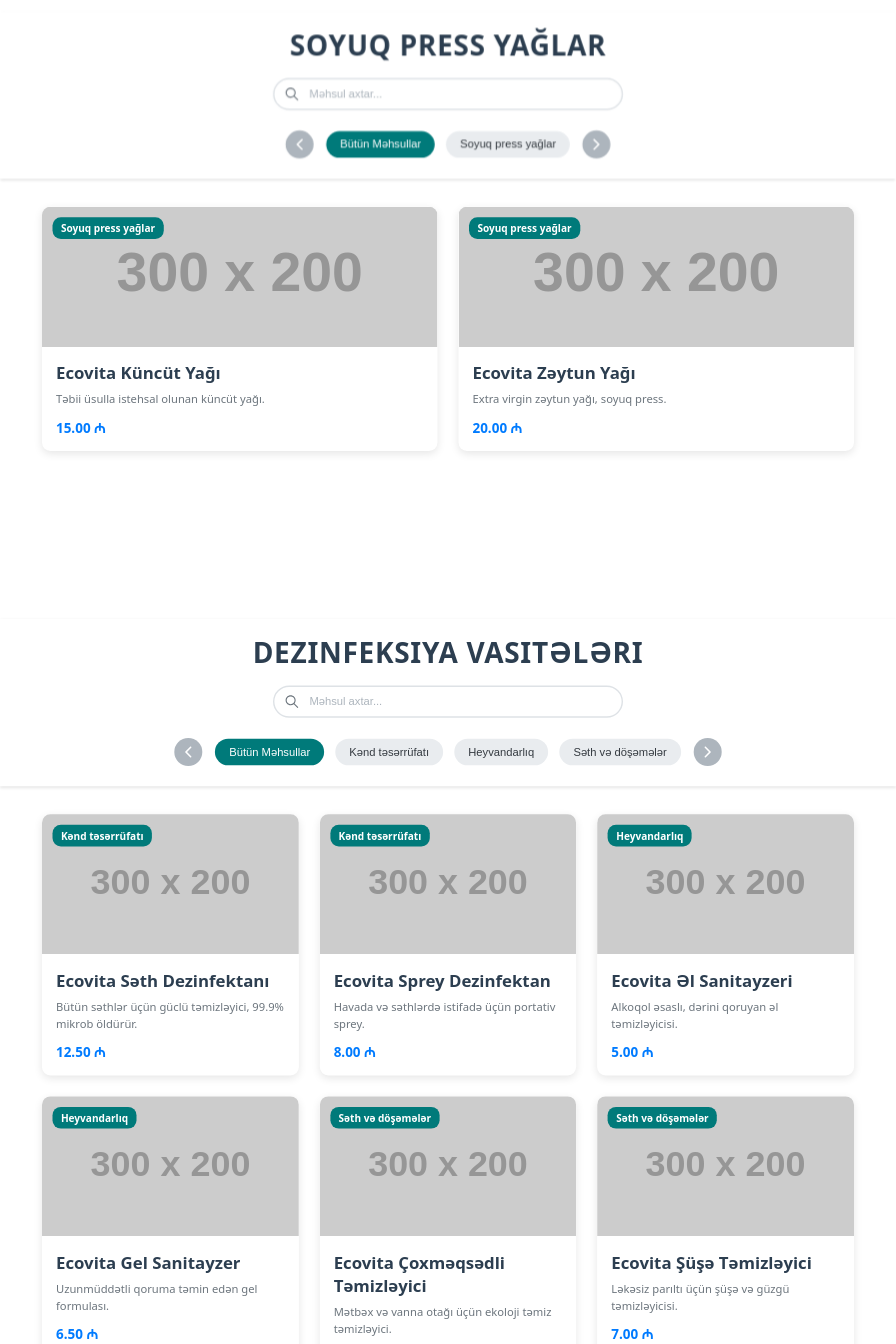
Repository: ferhadsultan98/ecovita
Page: /
These files come from the project's save history. The page is drawn as it stood at one moment and after the next save; the edit follows.
The browser window is 1280 px wide. The pictures show the part of the page from y = 1696 to 3616 px (the page is 4209 px tall), at 70% of full size.
The project was rebuilt for these pictures with package versions that can differ from the ones it lists, and the page was loaded fresh each time. Also part of the build but not shown: vite.config.js.

Above is the page before, as saved 2025-05-06 11:51:12.

### index.html
<!doctype html>
<html lang="en">
  <head>
    <meta charset="UTF-8" />
    <meta name="viewport" content="width=device-width, initial-scale=1.0" />
    <link rel="shortcut icon" href="./public/assets/Fotolar/Ecovita-12.png" type="image/x-icon">
    <title>Ecovita - Təbiətdən gələn sağlamlıq</title>
  </head>
  <body>
    <div id="root"></div>
    <script type="module" src="/src/main.jsx"></script>
  </body>
</html>

### src/App.jsx
import React from "react";
import "./App.scss";
import MainLayout from "./Components/Common/MainLayout";
import Home from "./Pages/Home/Home";
import MenuSection from "./Pages/MenuSection/MenuSection";

function App() {
  return (
    <div className="app-container">
      <MainLayout>
        <Home />
        <MenuSection />
      </MainLayout>
    </div>
  );
}

export default App;

### src/App.scss
* {
  margin: 0;
  padding: 0;
  box-sizing: border-box;
}

body {
  font-family: system-ui, -apple-system, BlinkMacSystemFont, "Segoe UI", Roboto,
    Oxygen, Ubuntu, Cantarell, "Open Sans", "Helvetica Neue", sans-serif;
}

### src/Components/Common/MainLayout.jsx
import React from 'react';
import Header from './Header/Header';
import Footer from './Footer/Footer';

const MainLayout = ({ children }) => {
  return (
    <>
      <Header />
      {children}
      <Footer />
    </>
  );
};

export default MainLayout;

### src/Components/Common/Header/Header.jsx
import { useState, useEffect, useRef } from "react";
import "./Header.scss";
import { motion, AnimatePresence } from "framer-motion";
import { FaSyringe, FaChevronDown } from "react-icons/fa";
import EcovitaLogo from '../../../../public/assets/Fotolar/logo.png';

const Header = () => {
  const [scrolled, setScrolled] = useState(false);
  const [isDropdownOpen, setIsDropdownOpen] = useState(false);
  const dropdownRef = useRef(null);

  useEffect(() => {
    const handleScroll = () => {
      setScrolled(window.scrollY > 20);
    };

    window.addEventListener("scroll", handleScroll);
    return () => window.removeEventListener("scroll", handleScroll);
  }, []);

  useEffect(() => {
    const handleClickOutside = (event) => {
      if (dropdownRef.current && !dropdownRef.current.contains(event.target)) {
        setIsDropdownOpen(false);
      }
    };

    document.addEventListener("mousedown", handleClickOutside);
    return () => document.removeEventListener("mousedown", handleClickOutside);
  }, []);

  const scrollToTop = () => {
    window.scrollTo({ top: 0, behavior: "smooth" });
  };

  const scrollToSection = (sectionId) => {
    const section = document.getElementById(sectionId);
    if (section) {
      section.scrollIntoView({ behavior: "smooth", block: "start" });
      setIsDropdownOpen(false);
    }
  };

  const dropdownVariants = {
    hidden: { opacity: 0, y: -10, scale: 0.95 },
    visible: { opacity: 1, y: 0, scale: 1 },
    exit: { opacity: 0, y: -10, scale: 0.95 }
  };

  return (
    <header className={`header ${scrolled ? "scrolled" : ""}`}>
      <div className="header-container">
        <a onClick={scrollToTop} className="logo">
          <img src={EcovitaLogo} alt="Ecovita_logo" />
        </a>
        <div className="products-dropdown" ref={dropdownRef}>
          <button
            className="products-button"
            onMouseEnter={() => setIsDropdownOpen(true)}
            onClick={() => setIsDropdownOpen(!isDropdownOpen)}
          >
            Məhsullar
            <span className="products-icon">
              <FaSyringe />
            </span>
            <FaChevronDown className={`chevron-icon ${isDropdownOpen ? "open" : ""}`} />
          </button>
          <AnimatePresence>
            {isDropdownOpen && (
              <motion.ul
                className="dropdown-menu"
                variants={dropdownVariants}
                initial="hidden"
                animate="visible"
                exit="exit"
                transition={{ duration: 0.2, ease: "easeInOut" }}
                onMouseLeave={() => setIsDropdownOpen(false)}
              >
                <li onClick={() => scrollToSection("cold-pressed-oils")}>
                  Soyuq press yağlar
                </li>
                <li onClick={() => scrollToSection("disinfectants")}>
                  Dezinfeksiya vasitələri
                </li>
              </motion.ul>
            )}
          </AnimatePresence>
        </div>
      </div>
    </header>
  );
};

export default Header;

### src/Components/Common/Footer/Footer.jsx
import React, { useState, useEffect } from "react";
import "./Footer.scss";
import { IoIosArrowUp } from "react-icons/io";
import { GrFacebookOption } from "react-icons/gr";
import {
  FaInstagram,
  FaTwitter,
  FaMapMarkerAlt,
  FaPhoneAlt,
  FaEnvelope,
  FaClock,
} from "react-icons/fa";
import footerLogo from "../../../../public/assets/Fotolar/logo.png";

const Footer = () => {
  const [showScrollTop, setShowScrollTop] = useState(false);
  const currentYear = new Date().getFullYear();

  useEffect(() => {
    const handleScroll = () => {
      setShowScrollTop(window.scrollY > 300);
    };

    window.addEventListener("scroll", handleScroll);
    return () => window.removeEventListener("scroll", handleScroll);
  }, []);

  const scrollToTop = () => {
    window.scrollTo({ top: 0, behavior: "smooth" });
  };

  return (
    <footer className="footer">
      <div className="footerContent">
        <div className="container">
          <div className="footerMain">
            <div className="footerInfo">
              <img src={footerLogo} alt="footerLogo" className="footerLogo" />
              <p className="footerDescription">
                “Ecovita” Məhdud Məsuliyyətli Cəmiyyəti 2022-ci ildə təsis
                edilmişdir. Şirkətin istehsal etdiyi məhsullar müasir
                avadanlıqlardan istifadə olunmaqla yalnız Azərbaycan
                Respublikasının ərazisində yabanı halda yetişən müalicəvi
                xüsusiyyətlərə malik bitkilərdən əldə olunur.
              </p>
              <div className="footerContactItems">
                <div className="contactItem">
                  <FaMapMarkerAlt />
                  <span>
                    Azərbaycan Respublikası, AZ1052, Bakı şəhəri, N.Nərimanov
                    rayonu, Əliyar Əliyev 52A
                  </span>
                </div>
                <div className="contactItem">
                  <FaPhoneAlt />
                  <span>+994(99) 345 12 34</span>
                </div>
                <div className="contactItem">
                  <FaEnvelope />
                  <span>info@ecoway.az</span>
                </div>
                <div className="contactItem">
                  <FaClock />
                  <span>09:00-18:00</span>
                </div>
              </div>
            </div>

            <div className="footerConnect">
              <h4>Connect With Us</h4>
              <div className="socialIcons">
                <a
                  href="https://www.facebook.com/puresafesolutions"
                  aria-label="Facebook"
                  className="socialIcon"
                  target="_blank"
                  rel="noopener noreferrer"
                >
                  <GrFacebookOption />
                </a>
                <a
                  href="https://www.instagram.com/puresafesolutions"
                  aria-label="Instagram"
                  className="socialIcon"
                  target="_blank"
                  rel="noopener noreferrer"
                >
                  <FaInstagram />
                </a>
                <a
                  href="https://www.twitter.com/puresafesolutions"
                  aria-label="Twitter"
                  className="socialIcon"
                  target="_blank"
                  rel="noopener noreferrer"
                >
                  <FaTwitter />
                </a>
              </div>
              <div className="footerActions">
                <a
                  href="https://www.google.com/maps"
                  className="footerBtn mapBtn"
                  target="_blank"
                  rel="noopener noreferrer"
                >
                  View Map
                </a>
              </div>
            </div>
          </div>

          <div className="footerDivider"></div>

          <div className="footerBottom">
            <p className="copyright">
              © {currentYear}{" "}
              <a
                href="https://pmsystems.az/"
                target="_blank"
                rel="noopener noreferrer"
              >
                <span>Created by PM Systems</span>.
              </a>{" "}
              All Rights Reserved
            </p>
          </div>
        </div>
      </div>

      <div
        className={`scrollTop ${showScrollTop ? "visible pulse" : ""}`}
        onClick={scrollToTop}
        aria-label="Scroll to top"
      >
        <IoIosArrowUp />
      </div>
    </footer>
  );
};

export default Footer;

### src/Pages/MenuSection/MenuSection.scss
/* MenuSection Styling with Nested SCSS */
.menu-section {
  width: 100%;
  padding: 80px 0 40px;

  position: relative;
  z-index: 10;
  margin-top: 80px; /* Space for fixed header */

  .menu-navbar-wrapper {
    position: sticky;
    top: 80px; /* Below header */
    background: rgba(255, 255, 255, 0.95);
    box-shadow: 0 2px 4px rgba(0, 0, 0, 0.1);
    backdrop-filter: blur(10px);
    z-index: 100;
    transition: all 0.3s ease;

    &.sticky {
      box-shadow: 0 4px 8px rgba(0, 0, 0, 0.15);
    }

    .container {
      max-width: 1200px;
      margin: 0 auto;
      padding: 0 20px;

      .error-message {
        color: #dc3545;
        text-align: center;
        padding: 10px;
        background: #ffe5e5;
        border-radius: 8px;
        margin-bottom: 20px;
      }

      .menu-navbar-content {
        padding: 20px 0;

        .section-title {
          font-size: 2.5rem;
          font-weight: 700;
          color: #2c3e50;
          margin: 0 0 20px;
          text-align: center;
          text-transform: uppercase;
          letter-spacing: 1px;
        }

        .menu-search {
          display: flex;
          justify-content: center;
          margin-bottom: 20px;

          .search-input-wrapper {
            position: relative;
            width: 100%;
            max-width: 500px;

            .search-icon {
              position: absolute;
              top: 50%;
              left: 15px;
              transform: translateY(-50%);
              color: #6c757d;
              font-size: 1.5rem;
            }

            .search-input {
              width: 100%;
              padding: 12px 20px 12px 50px;
              border: 2px solid #dee2e6;
              border-radius: 25px;
              font-size: 1rem;
              color: #343a40;
              transition: all 0.3s ease;

              &:focus {
                outline: none;
                border-color: #007bff;
                box-shadow: 0 0 8px rgba(0, 123, 255, 0.3);
              }

              &::placeholder {
                color: #adb5bd;
              }
            }

            .clear-search-button {
              position: absolute;
              top: 50%;
              right: 15px;
              transform: translateY(-50%);
              background: #dc3545;
              color: white;
              border: none;
              border-radius: 50%;
              width: 24px;
              height: 24px;
              display: flex;
              align-items: center;
              justify-content: center;
              cursor: pointer;
              font-size: 1rem;
              transition: all 0.3s ease;

              &:hover {
                background: #c82333;
              }
            }
          }
        }

        .menu-filter {
          display: flex;
          justify-content: center;
          align-items: center;

          .menu-filter-container {
            display: flex;
            align-items: center;
            width: 100%;
            max-width: 1000px;
            position: relative;
            justify-content: center;

            .scroll-button {
              background: #007a7a;
              color: white;
              border: none;
              border-radius: 50%;
              width: 40px;
              height: 40px;
              display: flex;
              align-items: center;
              justify-content: center;
              cursor: pointer;
              transition: all 0.3s ease;
              margin: 0 10px;

              &:hover {
                background: #0056b3;
              }

              &.scroll-button-disabled {
                background: #adb5bd;
                cursor: not-allowed;
              }
            }

            .menu-filter-list {
              display: flex;
              overflow-x: auto;
              scroll-behavior: smooth;
              padding: 10px 0;
              scrollbar-width: none;

              &::-webkit-scrollbar {
                display: none;
              }

              .menu-filter-item {
                flex: 0 0 auto;
                margin: 0 8px;

                .menu-filter-button {
                  background: #e9ecef;
                  border: none;
                  border-radius: 20px;
                  padding: 10px 20px;
                  font-size: 1rem;
                  color: #343a40;
                  cursor: pointer;
                  transition: all 0.3s ease;
                  white-space: nowrap;

                  &:hover {
                    background: #dee2e6;
                  }

                  &.menu-filter-button-active {
                    background: #007a7a;
                    color: white;

                    &:hover {
                      background: #007a7ab4;
                    }
                  }
                }
              }
            }
          }
        }
      }
    }
  }

  .menu-content {
    max-width: 1200px;
    margin: 0 auto;
    padding: 40px 20px;

    .menu-grid {
      display: grid;
      grid-template-columns: repeat(auto-fit, minmax(280px, 1fr));
      gap: 30px;

      .menu-item {
        .menu-item-card {
          background: white;
          border-radius: 12px;
          overflow: hidden;
          box-shadow: 0 4px 12px rgba(0, 0, 0, 0.1);
          transition: all 0.3s ease;

          &:hover {
            transform: translateY(-5px);
            box-shadow: 0 8px 20px rgba(0, 0, 0, 0.15);
          }

          .menu-item-image {
            position: relative;
            width: 100%;
            height: 200px;

            img {
              width: 100%;
              height: 100%;
              object-fit: cover;
            }

            .menu-item-category-badge {
              position: absolute;
              top: 15px;
              left: 15px;
              background: #007a7a;
              color: white;
              padding: 6px 12px;
              border-radius: 12px;
              font-size: 0.9rem;
              font-weight: 600;
            }
          }

          .menu-item-content {
            padding: 20px;

            .menu-item-title {
              font-size: 1.5rem;
              font-weight: 600;
              color: #2c3e50;
              margin: 0 0 10px;
            }

            .menu-item-description {
              font-size: 1rem;
              color: #6c757d;
              margin: 0 0 15px;
              line-height: 1.5;
            }

            .menu-item-footer {
              display: flex;
              justify-content: space-between;
              align-items: center;

              .menu-item-price {
                font-size: 1.2rem;
                font-weight: 700;
                color: #007bff;
              }
            }
          }
        }
      }
    }

    .no-results-found {
      text-align: center;
      padding: 40px 20px;

      h3 {
        font-size: 1.8rem;
        color: #2c3e50;
        margin-bottom: 10px;
      }

      p {
        font-size: 1.1rem;
        color: #6c757d;
        margin-bottom: 20px;
      }

      .reset-filter-button {
        background: #dc3545;
        color: white;
        border: none;
        border-radius: 25px;
        padding: 12px 25px;
        font-size: 1rem;
        cursor: pointer;
        transition: all 0.3s ease;

        &:hover {
          background: #c82333;
        }
      }
    }

    .menu-load-more {
      text-align: center;
      margin-top: 40px;

      .load-more-button {
        background: #007bff;
        color: white;
        border: none;
        border-radius: 25px;
        padding: 12px 30px;
        font-size: 1.1rem;
        cursor: pointer;
        transition: all 0.3s ease;

        &:hover {
          background: #0056b3;
        }
      }
    }
  }

  /* Responsive Design */
  @media (max-width: 768px) {
    padding: 60px 0 20px;

    .menu-navbar-wrapper {
      top: 60px;

      .container {
        .menu-navbar-content {
          .section-title {
            font-size: 2rem;
          }

          .menu-search {
            .search-input-wrapper {
              .search-input {
                padding: 10px 15px 10px 40px;
                font-size: 0.9rem;
              }

              .search-icon {
                font-size: 1.2rem;
                left: 12px;
              }
            }
          }

          .menu-filter {
            .menu-filter-container {
              .scroll-button {
                width: 35px;
                height: 35px;
              }

              .menu-filter-list {
                .menu-filter-item {
                  .menu-filter-button {
                    padding: 8px 15px;
                    font-size: 0.9rem;
                  }
                }
              }
            }
          }
        }
      }
    }

    .menu-content {
      .menu-grid {
        grid-template-columns: repeat(auto-fit, minmax(250px, 1fr));
        gap: 20px;

        .menu-item {
          .menu-item-card {
            .menu-item-image {
              height: 180px;
            }

            .menu-item-content {
              .menu-item-title {
                font-size: 1.3rem;
              }

              .menu-item-description {
                font-size: 0.9rem;
              }
            }
          }
        }
      }
    }
  }

  @media (max-width: 480px) {
    padding: 40px 0 20px;

    .menu-navbar-wrapper {
      top: 50px;

      .container {
        .menu-navbar-content {
          .section-title {
            font-size: 1.8rem;
          }

          .menu-search {
            .search-input-wrapper {
              .search-input {
                padding: 8px 12px 8px 35px;
                font-size: 0.85rem;
              }

              .search-icon {
                font-size: 1.1rem;
                left: 10px;
              }
            }
          }

          .menu-filter {
            .menu-filter-container {
              .scroll-button {
                width: 30px;
                height: 30px;
              }

              .menu-filter-list {
                .menu-filter-item {
                  .menu-filter-button {
                    padding: 6px 12px;
                    font-size: 0.85rem;
                  }
                }
              }
            }
          }
        }
      }
    }

    .menu-content {
      .menu-grid {
        grid-template-columns: 1fr;
        gap: 15px;

        .menu-item {
          .menu-item-card {
            .menu-item-image {
              height: 160px;
            }

            .menu-item-content {
              .menu-item-title {
                font-size: 1.2rem;
              }

              .menu-item-description {
                font-size: 0.85rem;
              }
            }
          }
        }
      }
    }
  }
}

### src/Components/Common/Header/Header.scss
$primary-color: #008080; // Teal for health and cleanliness
$secondary-color: #ffffff;
$accent-color: #f5f6f5; // Light gray for clean aesthetic
$text-color: #333333;
$scroll-bg: #ffffff;

.header {
  position: fixed;
  top: 0;
  left: 0;
  width: 100%;
  background: transparent;
  transition: all 0.3s ease;
  z-index: 1000;
  padding: 1rem 0;

  &.scrolled {
    background: $scroll-bg;
    padding: 0.8rem 0;
  }

  .header-container {
    max-width: 1200px;
    margin: 0 auto;
    display: flex;
    align-items: center;

    justify-content: space-between;
    gap: 1rem;
  }

  .logo {
    display: flex;
    align-items: center;
    cursor: pointer;
    text-decoration: none;
    max-height: 80px;

    img {
      height: 100%;
    }
  }

  .products-dropdown {
    position: relative;

    .products-button {
      display: flex;
      align-items: center;
      gap: 0.5rem;
      background: $primary-color;
      color: $secondary-color;
      border: none;
      padding: 0.5rem 1rem;
      border-radius: 5px;
      font-size: 1rem;
      font-weight: 500;
      cursor: pointer;
      transition: background 0.3s ease;

      &:hover {
        background: darken($primary-color, 10%);
      }

      .products-icon {
        font-size: 1.2rem;
      }

      .chevron-icon {
        font-size: 0.8rem;
        transition: transform 0.2s ease;

        &.open {
          transform: rotate(180deg);
        }
      }
    }

    .dropdown-menu {
      position: absolute;
      top: 100%;
      right: 0;
      background: $secondary-color;
      border: 1px solid $accent-color;
      border-radius: 5px;
      margin-top: 0.5rem;
      min-width: 200px;
      box-shadow: 0 4px 8px rgba(0, 0, 0, 0.1);
      list-style: none;
      padding: 0;
      z-index: 3000;

      li {
        padding: 0.75rem 1rem;
        cursor: pointer;
        color: $text-color;
        font-size: 0.9rem;
        transition: background 0.2s ease;

        &:hover {
          background: $accent-color;
        }
      }
    }
  }

  // Responsive design
  @media (max-width: 768px) {
    padding: 1rem 0;

    &.scrolled {
      padding: 0.75rem 0;
    }

    .header-container {
      padding: 0 1rem;
    }

    .products-button {
      font-size: 14px !important;
      padding: 5px !important;

      .products-icon {
        font-size: 12px !important;
      }

      .chevron-icon {
        font-size: 0.7rem;
      }
    }

    .dropdown-menu {
      min-width: 160px;

      li {
        font-size: 0.8rem;
        padding: 0.5rem 0.75rem;
      }
    }
  }

  @media (max-width: 480px) {
    .logo {
      img {
        width: 120px;
      }
    }

    .header-container {
      align-items: center;
      gap: 0.5rem;
    }

    .products-button {
      font-size: 0.8rem;
      padding: 5px;

      .products-icon {
        font-size: 12px;
      }

      .chevron-icon {
        font-size: 0.6rem;
      }
    }

    .dropdown-menu {
      min-width: 140px;
      margin-top: 0.3rem;

      li {
        font-size: 0.75rem;
        padding: 0.4rem 0.6rem;
      }
    }
  }
}

Loaded but not shown: src/main.jsx (common file); src/Pages/MenuSection/MenuSection.jsx (527 lines, source omitted); src/Pages/Home/Home.scss (390 lines, source omitted); src/Pages/Home/Home.jsx (173 lines, source omitted); src/Components/Common/Footer/Footer.scss (300 lines, source omitted); src/index.css (no stored copy; drawn as an empty file)

After the next save:
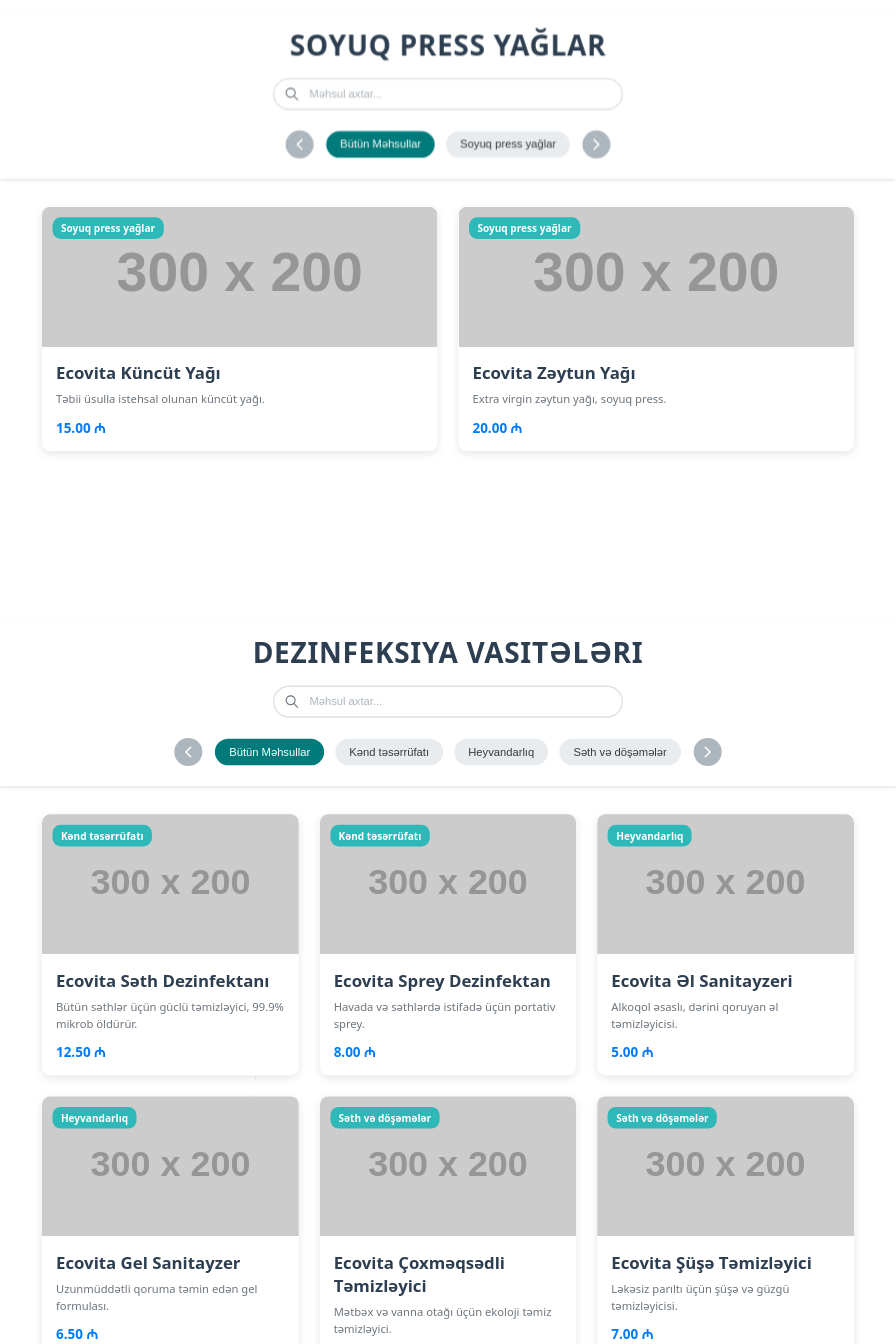
Saved 4 s later.
--- a/src/Pages/MenuSection/MenuSection.scss
+++ b/src/Pages/MenuSection/MenuSection.scss
@@ -233,7 +233,7 @@
               position: absolute;
               top: 15px;
               left: 15px;
-              background: #007a7a;
+              background: #2fb8b8;
               color: white;
               padding: 6px 12px;
               border-radius: 12px;
